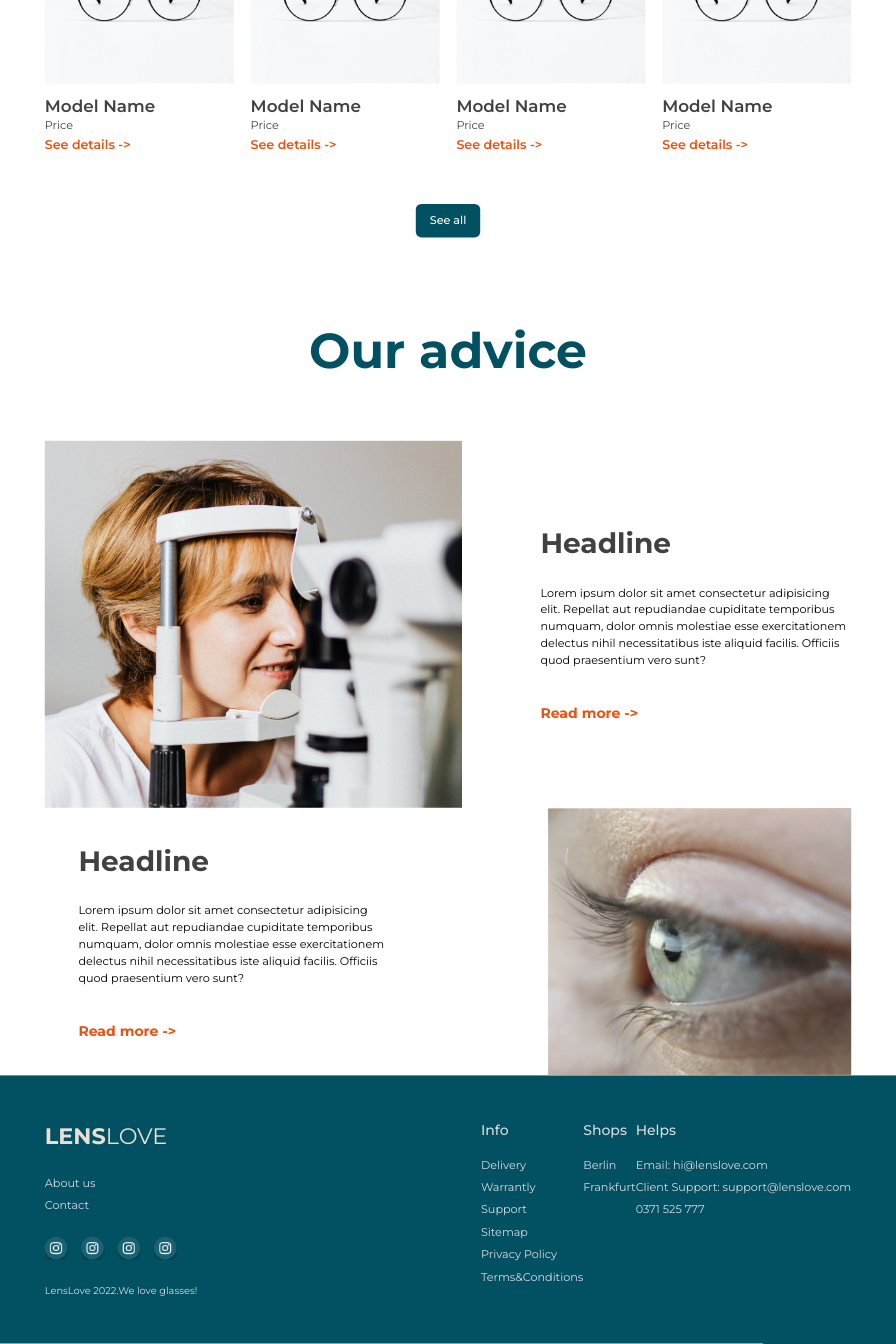
Repository: thienthanhvinh/glasses-react
Page: /
The author's editor kept a copy of each file at every save. The page is drawn from the files as they stood at one save, then again after the next save.
The browser window is 1280 px wide. The pictures show the part of the page from y = 3725 to 5645 px (the page is 5645 px tall), at 70% of full size.
The project was rebuilt for these pictures with package versions that can differ from the ones it lists, and the page was loaded fresh each time. Also part of the build but not shown: src/App.css, src/components/common/FormGroup.js, src/components/input/Input.js, src/components/label/Label.js, src/hooks/useDarkMode.js, src/layout/LayoutAuthentication.js, src/components/icons/IconEyeToggle.js, src/pages/SignInPage.js and 1 more.

Above is the page before, as saved 2023-02-13 10:31:33.

### public/index.html
<!DOCTYPE html>
<html lang="en">
  <head>
    <meta charset="utf-8" />
    <link rel="icon" href="%PUBLIC_URL%/favicon.ico" />
    <meta name="viewport" content="width=device-width, initial-scale=1" />
    <meta name="theme-color" content="#000000" />
    <meta
      name="description"
      content="Web site created using create-react-app"
    />
    <link rel="apple-touch-icon" href="%PUBLIC_URL%/logo192.png" />
    <!--
      manifest.json provides metadata used when your web app is installed on a
      user's mobile device or desktop. See https://developers.google.com/web/fundamentals/web-app-manifest/
    -->
    <link rel="manifest" href="%PUBLIC_URL%/manifest.json" />
    <!--
      Notice the use of %PUBLIC_URL% in the tags above.
      It will be replaced with the URL of the `public` folder during the build.
      Only files inside the `public` folder can be referenced from the HTML.

      Unlike "/favicon.ico" or "favicon.ico", "%PUBLIC_URL%/favicon.ico" will
      work correctly both with client-side routing and a non-root public URL.
      Learn how to configure a non-root public URL by running `npm run build`.
    -->
    <link href="https://fonts.googleapis.com/css2?family=Montserrat:wght@300;400;500;600;700&display=swap" rel="stylesheet">
    <title>React App</title>
  </head>
  <body>
    <noscript>You need to enable JavaScript to run this app.</noscript>
    <div id="root"></div>
    <!--
      This HTML file is a template.
      If you open it directly in the browser, you will see an empty page.

      You can add webfonts, meta tags, or analytics to this file.
      The build step will place the bundled scripts into the <body> tag.

      To begin the development, run `npm start` or `yarn start`.
      To create a production bundle, use `npm run build` or `yarn build`.
    -->
  </body>
</html>

### src/index.js
import React from 'react';
import ReactDOM from 'react-dom/client';
import './index.css';
import App from './App';
import reportWebVitals from './reportWebVitals';
import { BrowserRouter } from 'react-router-dom';
import { ToastContainer, toast } from 'react-toastify';
import 'react-toastify/dist/ReactToastify.css';

const root = ReactDOM.createRoot(document.getElementById('root'));
root.render(
  // <React.StrictMode>
  <BrowserRouter>
    <App />
    <ToastContainer></ToastContainer>
  </BrowserRouter>
  // </React.StrictMode>
);

// If you want to start measuring performance in your app, pass a function
// to log results (for example: reportWebVitals(console.log))
// or send to an analytics endpoint. Learn more: https://bit.ly/CRA-vitals
reportWebVitals();

### src/index.css
/* body {
  margin: 0;
  font-family: -apple-system, BlinkMacSystemFont, 'Segoe UI', 'Roboto', 'Oxygen',
    'Ubuntu', 'Cantarell', 'Fira Sans', 'Droid Sans', 'Helvetica Neue',
    sans-serif;
  -webkit-font-smoothing: antialiased;
  -moz-osx-font-smoothing: grayscale;
}

code {
  font-family: source-code-pro, Menlo, Monaco, Consolas, 'Courier New',
    monospace;
} */

@tailwind base;
@tailwind components;
@tailwind utilities;

body {
  font-family: 'Montserrat', sans-serif;
}
/* .darkmode-input:checked + div .darkmode-spinner {
  transform: translateX(33px);
} */
.active-light {
  transform: translateX(0px);
  transition: all 0.4s;
}
.active-dark {
  transform: translateX(33px);
  transition: all 0.4s;
}

/* .darkmode-input:checked + div {


} */

/* .darkmode-input:checked + div .darkmode-spinner {
  background-color: white;
} */

### src/App.js

import { Route, Routes } from 'react-router-dom';
import './App.css';
import HomePage from './pages/HomePage';
import SignInPage from './pages/SignInPage';
import SignUpPage from './pages/SignUpPage';

function App() {
  return (
    <Routes>
      <Route path='/sign-up' element={<SignUpPage></SignUpPage>}></Route>
      <Route path='/sign-in' element={<SignInPage></SignInPage>}></Route>
      <Route path='/' element={<HomePage></HomePage>}></Route>
    </Routes>
  );
}

export default App;

### src/pages/HomePage.js
import React, { Fragment } from "react";
import Category from "../components/category/Category";
import Heading from "../components/common/Heading";
import Intro from "../components/intro/Intro";
import SpringSales from "../components/sales/SpringSales";
import LayoutMenu from "../layout/LayoutMenu";
import GlassesGrid from "../modules/GlassesGrid";
import GlassesItem from "../modules/GlassesItem";
import { v4 } from "uuid";
import Button from "../components/button/Button";
import HeadLine from "../modules/HeadLine";
import LayoutFooter from "../layout/LayoutFooter";

const HomePage = () => {
  return (
    <Fragment>
      <LayoutMenu></LayoutMenu>
      <SpringSales></SpringSales>
      <Intro></Intro>
      <Category></Category>
      <Heading>Popular</Heading>
      <GlassesGrid>
        {Array(4)
          .fill(0)
          .map((item) => (
            <GlassesItem key={v4()}></GlassesItem>
          ))}
        {/* <GlassesItem></GlassesItem> */}
      </GlassesGrid>
      <div className="text-center mb-[140px]">
        <Button className="mt-[70px] px-5 py-2 rounded-[4px]">See all</Button>
      </div>
      <Heading>New</Heading>
      <GlassesGrid>
        {Array(4)
          .fill(0)
          .map((item) => (
            <GlassesItem key={v4()}></GlassesItem>
          ))}
      </GlassesGrid>
      <div className="text-center mb-[140px]">
        <Button className="mt-[70px] px-5 py-2 rounded-[4px]">See all</Button>
      </div>
      <Heading>Sunwear</Heading>
      <GlassesGrid>
        {Array(4)
          .fill(0)
          .map((item) => (
            <GlassesItem key={v4()}></GlassesItem>
          ))}
      </GlassesGrid>
      <div className="text-center mb-[112px]">
        <Button className="mt-[70px] px-5 py-2 rounded-[4px]">See all</Button>
      </div>
      <Heading className="mb-[80px]">Our advice</Heading>
      <HeadLine></HeadLine>
      <HeadLine type="secondary"></HeadLine>
      <LayoutFooter></LayoutFooter>
    </Fragment>
  );
};

export default HomePage;

### src/components/category/Category.js
import React from 'react';
import Button from '../button/Button';

const Category = () => {
    return (
        <div className='flex mb-[112px] mx-auto max-w-[1400px] w-full gap-x-2'>
            <div className='h-[596px] relative'>
                <img src="/category1.png" alt="" className='w-full h-full object-cover' />
                <div className='absolute bottom-24 left-14'>
                    <p className='font-extrabold text-[40px] leading-[98px] text-white'>Optical</p>
                    <Button className='bg-secondary text-primary rounded-[4px] px-6 py-2 font-bold text-lg leading-[30px]'>Buy</Button>
                </div>
            </div>
            <div className='h-[596px] relative'>
                <img src="/category2.png" alt="" className='w-full h-full object-cover' />
                <div className='absolute bottom-24 left-14'>
                    <p className='font-extrabold text-[40px] leading-[98px] text-white'>Sunwear</p>
                    <Button className='bg-secondary text-primary rounded-[4px] px-6 py-2 font-bold text-lg leading-[30px]'>Buy</Button>
                </div>
            </div>
        </div>
    );
};

export default Category;

### src/components/common/Heading.js
import React from 'react';

const Heading = ({children, className = ''}) => {
    return (
        <h2 className={`font-extrabold text-[70px] leading-[98px] text-center text-primary mb-[70px] ${className}`}>
            {children}
        </h2>
    );
};
export default Heading;

### src/components/intro/Intro.js
import React from 'react';

const Intro = () => {
    return (
        <div className='flex items-center justify-center gap-x-[300px] mt-[64px] mb-[110px]'>
            <div className='flex flex-col items-center'>
                <img srcSet="/Icon1.png 2x" alt="" className='w-[80px] h-[80px] object-cover' />
                <p className='text-tertiary text-xl leading-[30px] font-bold'>Original products</p>
            </div>
            <div className='flex flex-col items-center'>
                <img srcSet="/Icon2.png 2x" alt="" className='w-[80px] h-[80px] object-cover' />
                <p className='text-tertiary text-xl leading-[30px] font-bold'>Original products</p>
            </div>
            <div className='flex flex-col items-center'>
                <img srcSet="/Icon3.png 2x" alt="" className='w-[80px] h-[80px] object-cover' />
                <p className='text-tertiary text-xl leading-[30px] font-bold'>Original products</p>
            </div>
        </div>
    );
};

export default Intro;

### src/components/sales/SpringSales.js
import React from 'react';
import Button from '../button/Button';

const SpringSales = () => {
    return (
        <div className='bg-secondary h-[700px] w-full flex items-center justify-between'>
            <div className='ml-[112px]'>
                <h2 className='text-primary text-[70px] font-extrabold leading-[98px]'>Spring Sale</h2>
                <p className='text-primary text-[50px] font-medium leading-[68px] mb-[48px]'>Up to -40%</p>
                <Button className='text-white bg-primary rounded-lg px-8 py-2 text-lg'>See offer</Button>
            </div>
            <div className='h-[700px]'>
                <img src="/photo1.png" alt="" className='w-full h-auto object-cover' />
            </div>
        </div>
    );
};

export default SpringSales;

### src/layout/LayoutMenu.js
import React from "react";
import { Link } from "react-router-dom";
import Navbar from "../components/navbar/Navbar";

const LayoutMenu = () => {
  return (
    <div className="py-10 px-16">
      <div className="flex items-center justify-between mb-14">
        <img src="/logo.png" alt="" className="w-[140px] h-auto object-cover" />
        <div className="flex gap-x-5 text-secondary-3 text-[15px] font-medium">
            <span>0371 525 777</span>
            <Link to="/">Help</Link>
            <Link to="/sign-in">Account</Link>
        </div>
      </div>
      <Navbar></Navbar>
    </div>
  );
};

export default LayoutMenu;

### src/modules/GlassesGrid.js
import React from 'react';

const GlassesGrid = ({children, className = ''}) => {
    return (
        <div className={`grid grid-cols-4 gap-x-6 px-16 ${className}`}>
            {children}
        </div>
    );
};

export default GlassesGrid;

### src/modules/GlassesItem.js
import React from "react";

const GlassesItem = () => {
  return (
    <div className="flex flex-col">
      <div className="h-[250px] mb-4">
        <img src="/glasses.png" alt="" className="w-full h-full object-cover" />
      </div>
      <p className="text-secondary-3 font-semibold text-2xl">Model Name</p>
      <p className="font-normal text-secondary-3">Price</p>
      <p className="font-semibold text-lg leading-[30px] text-tertiary">
        See details ->
      </p>
    </div>
  );
};

export default GlassesItem;

### src/components/button/Button.js
import React from 'react';

const Button = ({type, children, className=''}) => {
    return (
        <button type='submit' className={`bg-primary text-white ${className} rounded-lg px-3 py-3 font-medium`}>
            {children}
        </button>
    );
};

export default Button;

### src/modules/HeadLine.js
import React from "react";
import HeadlineImage from "./HeadlineImage";
import HeadlineContent from "./HeadlineContent";

const HeadLine = ({type = "default"}) => {
    if(type === "default") {
        return (
            <div className="w-full flex items-center gap-x-[112px] px-16">
              <HeadlineImage></HeadlineImage>
              <HeadlineContent></HeadlineContent>
            </div>
          );
    } else {
        return (
            <div className="w-full flex items-center gap-x-[227px] px-16">
              <HeadlineContent className="ml-[48px]"></HeadlineContent>
              <HeadlineImage src="headline2.png" className=""></HeadlineImage>
            </div>
          );
    }

};

export default HeadLine;

### src/layout/LayoutFooter.js
import React from "react";
import { Link } from "react-router-dom";

const LayoutFooter = () => {
  return (
    <div className="bg-primary flex justify-between px-16 py-16 text-gray-white">
      <div className="flex flex-col">
        <h2 className="text-secondary font-extrabold text-[32px] leading-[46px] mb-8">
          LENS<span className="font-normal">LOVE</span>
        </h2>
        <Link to="/about" className="mb-2">
          About us
        </Link>
        <Link to="contact" className="mb-8">
          Contact
        </Link>
        <div className="flex gap-x-4 mb-8">
          <span>
            <img src="/Instagram.png" alt="" />
          </span>
          <span>
            <img src="/Instagram.png" alt="" />
          </span>
          <span>
            <img src="/Instagram.png" alt="" />
          </span>
          <span>
            <img src="/Instagram.png" alt="" />
          </span>
        </div>
        <p className="text-[14px] leading-[24px]">
          LensLove 2022.We love glasses!
        </p>
      </div>
      <div className="flex gapx-10">
        <div>
          <h3 className="font-medium text-xl mb-6">Info</h3>
          <div className="flex flex-col gap-y-2">
            <p>Delivery</p>
            <p>Warrantly</p>
            <p>Support</p>
            <p>Sitemap</p>
            <p>Privacy Policy</p>
            <p>Terms&Conditions</p>
          </div>
        </div>
        <div>
          <h3 className="font-medium text-xl mb-6">Shops</h3>
          <div className="flex flex-col gap-y-2">
            <p>Berlin</p>
            <p>Frankfurt</p>
          </div>
        </div>
        <div>
          <h3 className="font-medium text-xl mb-6">Helps</h3>
          <div className="flex flex-col gap-y-2">
            <p>Email: hi@lenslove.com</p>
            <p>Client Support: support@lenslove.com</p>
            <p>0371 525 777</p>
          </div>
        </div>
      </div>
    </div>
  );
};

export default LayoutFooter;

### src/components/navbar/Navbar.js
import React from "react";
import { Link } from "react-router-dom";

const Navbar = () => {
  return (
    <div className="flex">
      <ul className="flex text-sm font-semibold gap-x-8">
        <li>
          <Link to="/">Shops</Link>
        </li>
        <li>
          <Link to="/">Offers</Link>
        </li>
        <li>
          <Link to="/">Warranty</Link>
        </li>
        <li>
          <Link to="/">Medical</Link>
        </li>
        <li>
          <Link to="/">Info</Link>
        </li>
        <li>
          <Link to="/">Blog</Link>
        </li>
        <li>
          <Link to="/">About us</Link>
        </li>
        <li>
          <Link to="/">Contact</Link>
        </li>
      </ul>
      <div className="ml-auto flex items-center gap-x-8">
        <div className="flex gap-x-[6px] items-center">
          <svg
            width={18}
            height={17}
            viewBox="0 0 18 17"
            fill="none"
            xmlns="http://www.w3.org/2000/svg"
          >
            <path
              d="M17.153 15.747L12.8535 11.5161C13.9794 10.2929 14.6712 8.67509 14.6712 6.89489C14.6707 3.0867 11.534 0 7.66437 0C3.79477 0 0.658081 3.0867 0.658081 6.89489C0.658081 10.7031 3.79477 13.7898 7.66437 13.7898C9.3363 13.7898 10.8698 13.2115 12.0743 12.2501L16.3905 16.4976C16.6008 16.7047 16.9422 16.7047 17.1525 16.4976C17.3633 16.2904 17.3633 15.9541 17.153 15.747ZM7.66437 12.729C4.39027 12.729 1.7361 10.117 1.7361 6.89489C1.7361 3.67281 4.39027 1.06082 7.66437 1.06082C10.9385 1.06082 13.5926 3.67281 13.5926 6.89489C13.5926 10.117 10.9385 12.729 7.66437 12.729Z"
              fill="#414141"
            />
          </svg>
          <span className="text-sm font-semibold">Search</span>
        </div>
        <span>
          <svg
            width="19"
            height="17"
            viewBox="0 0 19 17"
            fill="none"
            xmlns="http://www.w3.org/2000/svg"
          >
            <path
              d="M2.14414 8.80841C0.111678 6.47788 0.614575 3.72661 2.23686 2.03652C3.85628 0.349414 6.5587 -0.245866 8.98238 1.79479L8.98243 1.79483C9.37299 2.12358 9.93842 2.1081 10.3148 1.781L10.3148 1.78097C12.5442 -0.15713 15.2905 0.329246 16.9821 1.956C17.8273 2.76872 18.3905 3.85299 18.4856 5.03784C18.5799 6.21232 18.2175 7.5254 17.1436 8.81679L10.2601 16.0112C9.92623 16.3602 9.36908 16.3602 9.03526 16.0113L2.14414 8.80841Z"
              stroke="#414141"
            />
          </svg>
        </span>
        <span>
          <svg
            width="17"
            height="18"
            viewBox="0 0 17 18"
            fill="none"
            xmlns="http://www.w3.org/2000/svg"
          >
            <path
              d="M0.672966 15.0244L1.47201 5.03632H10.653L11.452 15.0244C11.5228 15.9093 10.8238 16.6665 9.93602 16.6665H2.18895C1.30121 16.6665 0.602173 15.9093 0.672966 15.0244Z"
              stroke="#414141"
              stroke-linecap="round"
              stroke-linejoin="round"
            />
            <path
              d="M3.58252 7.56769V3.52604C3.58252 2.68402 4.08773 1 6.10856 1C8.12938 1 8.63459 2.68402 8.63459 3.52604V7.56769"
              stroke="#414141"
              stroke-linecap="round"
              stroke-linejoin="round"
            />
            <rect x="6" y="9" width="11" height="8" rx="4" fill="#414141" />
            <path
              d="M11.8424 15.084C11.5568 15.084 11.3048 15.0233 11.0864 14.902C10.868 14.7788 10.6972 14.608 10.574 14.3896C10.4527 14.1712 10.392 13.9192 10.392 13.6336V12.3344C10.392 12.0488 10.4527 11.7968 10.574 11.5784C10.6972 11.36 10.868 11.1901 11.0864 11.0688C11.3048 10.9456 11.5568 10.884 11.8424 10.884C12.128 10.884 12.3791 10.9456 12.5956 11.0688C12.814 11.1901 12.9848 11.36 13.108 11.5784C13.2312 11.7968 13.2928 12.0488 13.2928 12.3344V13.6336C13.2928 13.9192 13.2312 14.1712 13.108 14.3896C12.9848 14.608 12.814 14.7788 12.5956 14.902C12.3791 15.0233 12.128 15.084 11.8424 15.084ZM11.8424 14.4428C11.9843 14.4428 12.1131 14.4092 12.2288 14.342C12.3445 14.2729 12.436 14.1815 12.5032 14.0676C12.5704 13.9519 12.604 13.8231 12.604 13.6812V12.284C12.604 12.1403 12.5704 12.0115 12.5032 11.8976C12.436 11.7819 12.3445 11.6904 12.2288 11.6232C12.1131 11.5541 11.9843 11.5196 11.8424 11.5196C11.7005 11.5196 11.5717 11.5541 11.456 11.6232C11.3403 11.6904 11.2488 11.7819 11.1816 11.8976C11.1144 12.0115 11.0808 12.1403 11.0808 12.284V13.6812C11.0808 13.8231 11.1144 13.9519 11.1816 14.0676C11.2488 14.1815 11.3403 14.2729 11.456 14.342C11.5717 14.4092 11.7005 14.4428 11.8424 14.4428Z"
              fill="white"
            />
          </svg>
        </span>
      </div>
    </div>
  );
};

export default Navbar;

### src/modules/HeadlineImage.js
import React from 'react';

const HeadlineImage = ({className= '', src = "/headline1.png"}) => {
    return (
        <div className={className}>
             <img src={src} alt="" />
        </div>
    );
};

export default HeadlineImage;

### src/modules/HeadlineContent.js
import React from "react";

const HeadlineContent = ({className = ''}) => {
  return (
    <div className={className}>
      <h2 className="text-secondary-3 font-extrabold text-[40px] leading-[54px] mb-8">
        Headline
      </h2>
      <p className="w-[444px] mb-[48px]">
        Lorem ipsum dolor sit amet consectetur adipisicing elit. Repellat aut
        repudiandae cupiditate temporibus numquam, dolor omnis molestiae esse
        exercitationem delectus nihil necessitatibus iste aliquid facilis.
        Officiis quod praesentium vero sunt?
      </p>
      <p className="text-tertiary text-xl font-bold leading-[30px]">
        Read more ->
      </p>
    </div>
  );
};

export default HeadlineContent;

### tailwind.config.js
/** @type {import('tailwindcss').Config} */
module.exports = {
  content: [
    "./src/**/*.{js,jsx,ts,tsx}",
  ],
  darkMode: 'class',
  theme: {
    extend: {
      colors: {
        'color-1': "#808191",
        'color-2': "#2d3436",
        'primary' : '#025162',
        'secondary': '#EADFD8',
        'secondary-3': '#414141',
        'tertiary' : '#E75313',
        'lens': '#D4E1F4',
        'gray-white': '#D9DBE1',
        'dark-text-primary': '#dfe6e9',
        'dark-color' : '#4e4f50',
        'dark-secon-color': '#2d3436',
        'dark-third-color': '#3a3a3a',
        'dark-four-color' : '#242526',
        'dark-five-color' : '#3A3A3A',

      }
    },
  },
  plugins: [],
}

Loaded but not shown: src/reportWebVitals.js (common file)

After the next save:
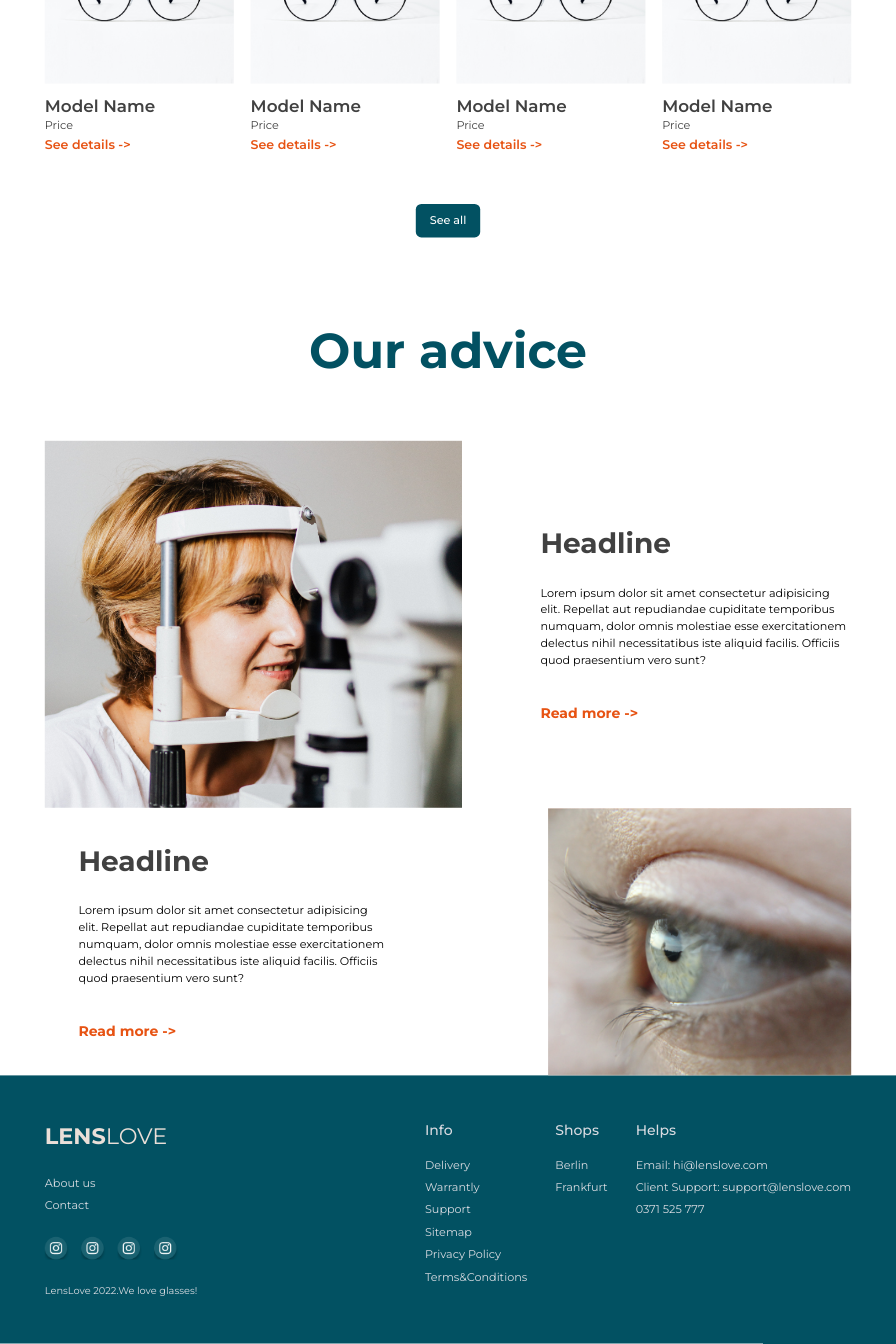
Saved 4 s later.
--- a/src/layout/LayoutFooter.js
+++ b/src/layout/LayoutFooter.js
@@ -32,7 +32,7 @@ const LayoutFooter = () => {
           LensLove 2022.We love glasses!
         </p>
       </div>
-      <div className="flex gapx-10">
+      <div className="flex gap-x-10">
         <div>
           <h3 className="font-medium text-xl mb-6">Info</h3>
           <div className="flex flex-col gap-y-2">
